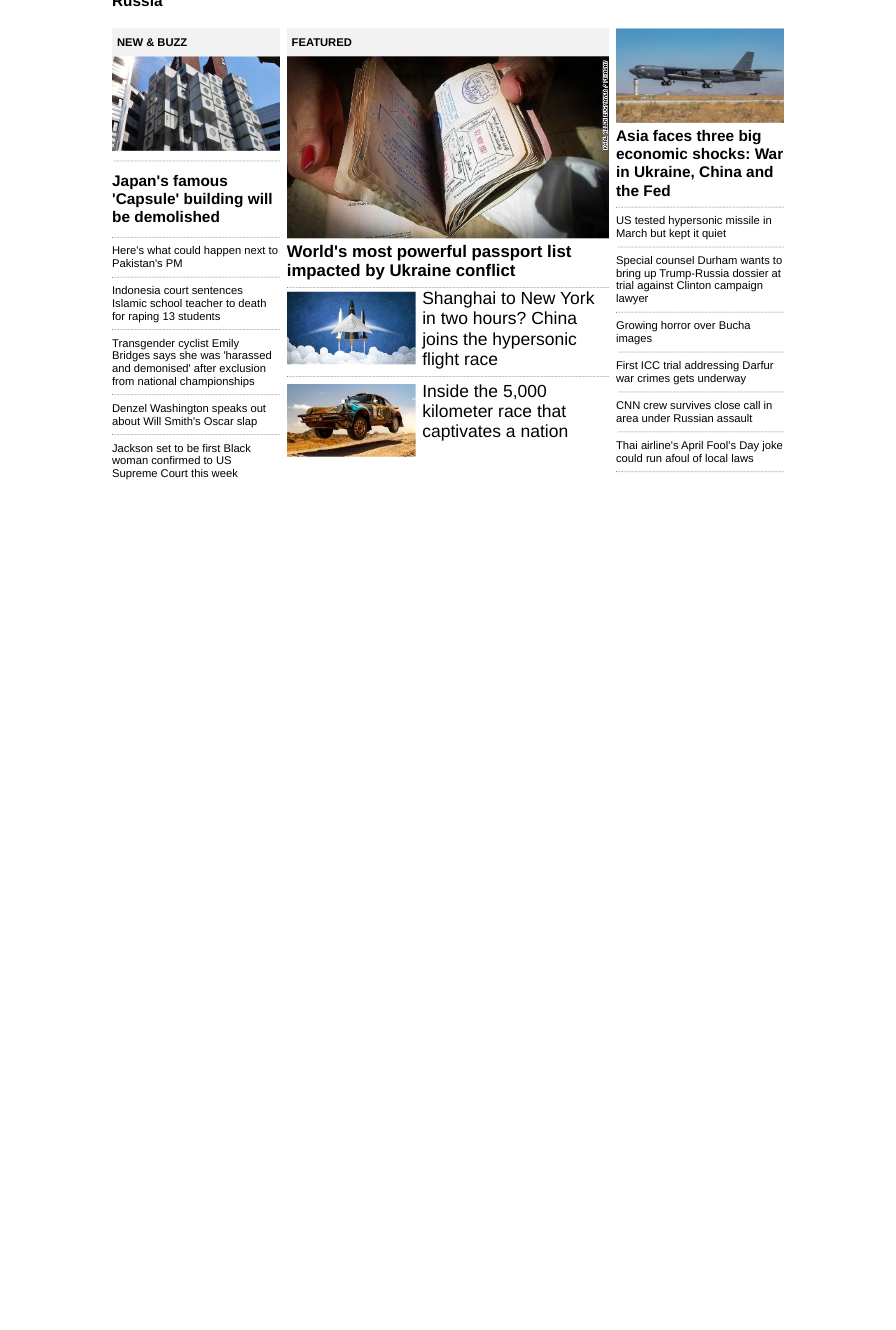
Repository: Vu14082002/WebTinTuc
Page: index.html
The author's editor kept a copy of each file at every save. The page is drawn from the files as they stood at one save, then again after the next save.
The browser window is 1280 px wide. The pictures show the part of the page from y = 1369 to 3269 px (the page is 11183 px tall), at 70% of full size.
A picture or video elsewhere on the page could not be fetched, so the positions and the page height are approximate. Some web libraries are served in a nearby version.

Above is the page before, as saved 2022-04-05 20:17:37.

After the next save:
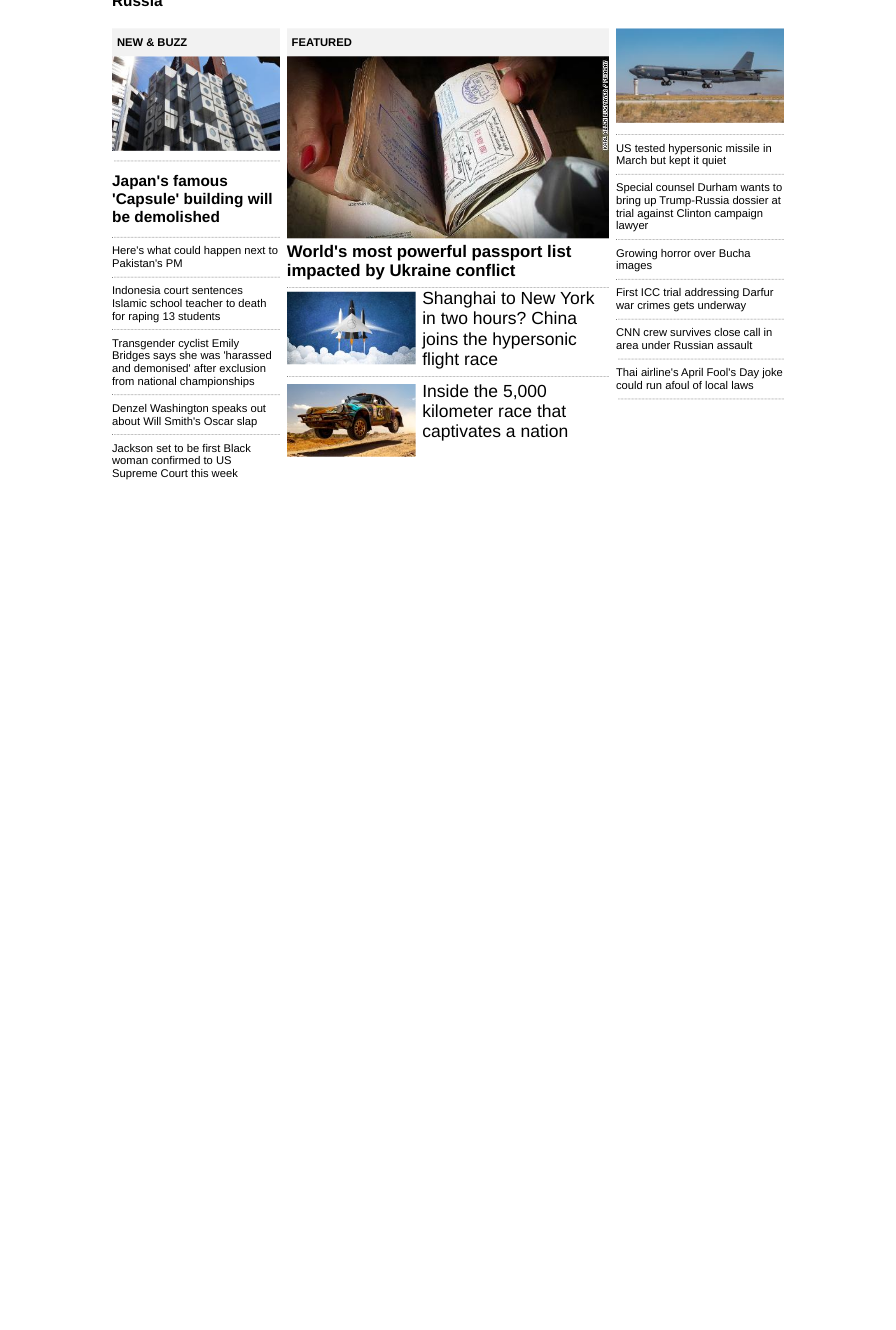
Saved 103 s later.
--- a/index.html
+++ b/index.html
@@ -364,7 +364,6 @@
             <div class="bocanh">
               <a href="https://edition.cnn.com/2022/04/05/economy/asian-economies-world-bank-intl-hnk/index.html" target="_blank">
                 <img src="/Image/index/body_anh1_col3.jpg" alt="anh toa thap">
-              <p><a href="">Asia faces three big economic shocks: War in Ukraine, China and the Fed</a></p>
               </a>
             </div>
             <p class="tieudePhai">
